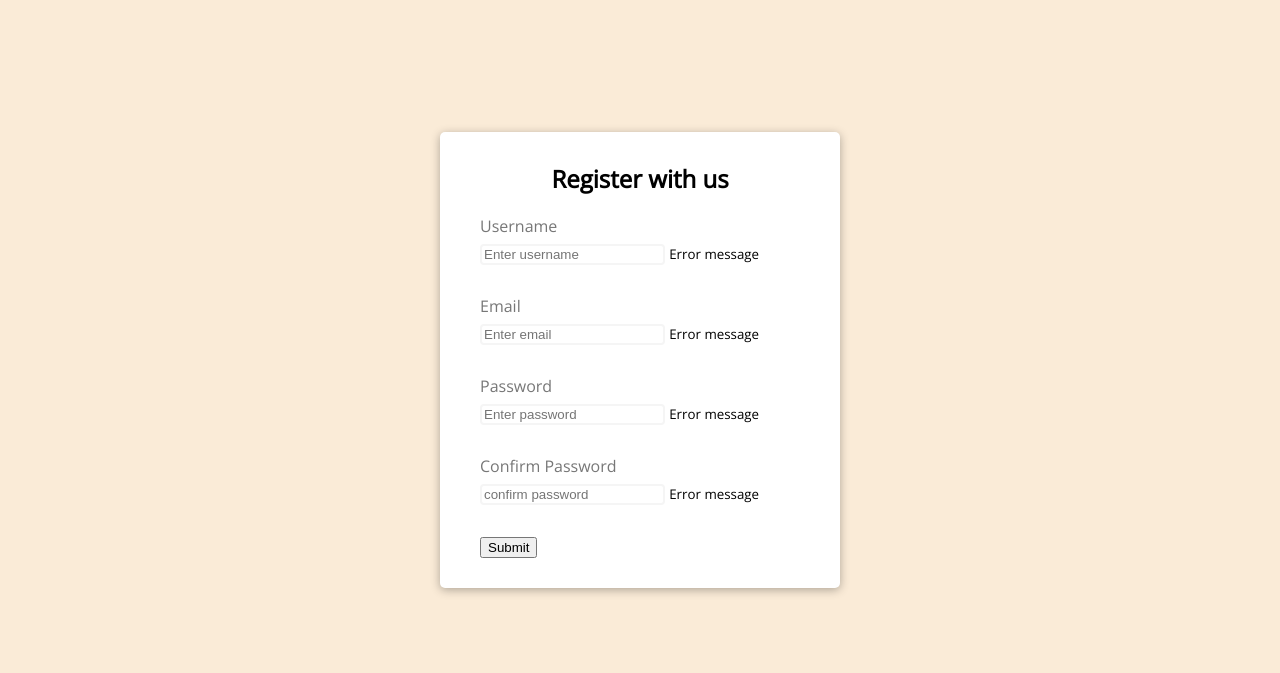
Repository: Azariagmt/Vanilla-javascript
Page: Form-Validator/index.html
These files come from the project's save history. The page is drawn as it stood at one moment and after the next save; the edit follows.
The browser window is 1280 px wide. The pictures show the whole page.

Above is the page before, as saved 2020-04-20 09:42:19.

After the next save:
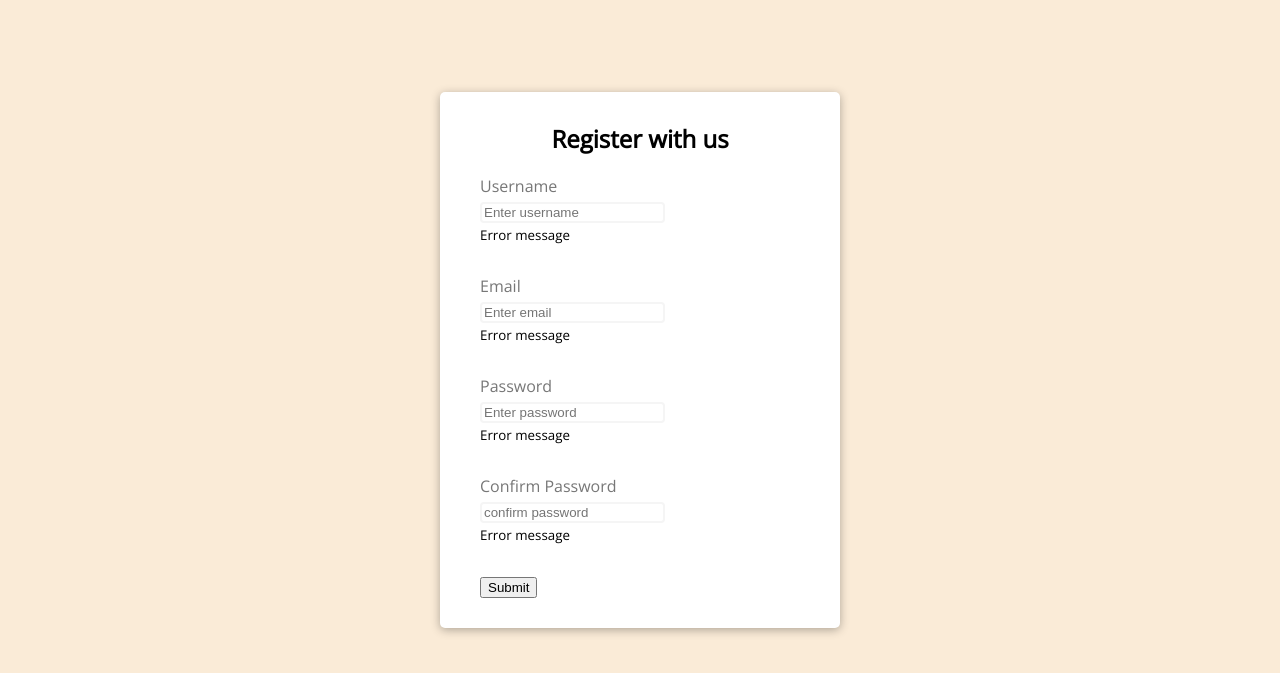
Saved 6 s later.
--- a/Form-Validator/style.css
+++ b/Form-Validator/style.css
@@ -45,5 +45,5 @@ h2{
 .form-control input{
     border: 2px solid whitesmoke;
     border-radius: 4px;
-    dis
+    display: block;
 }
